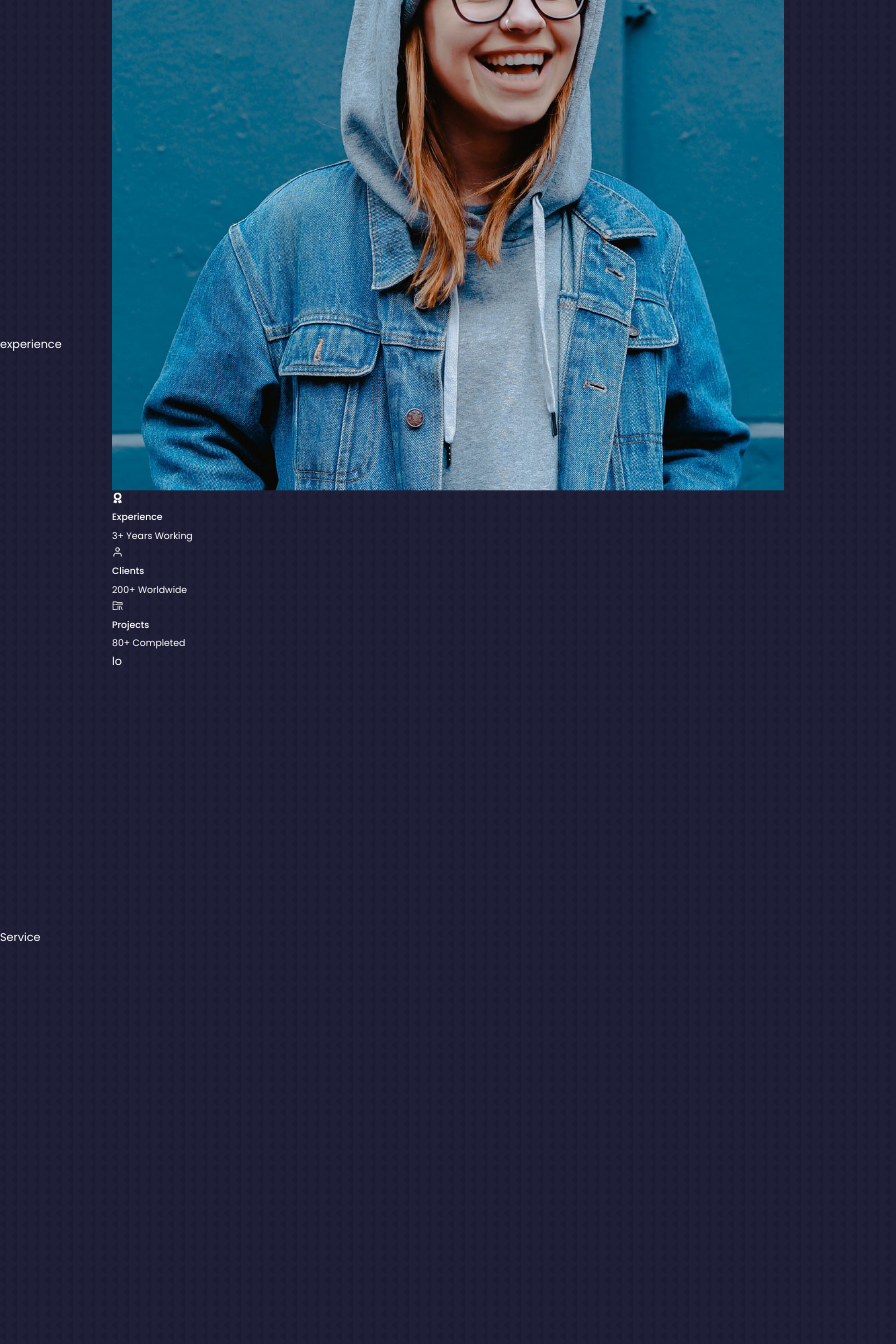
Repository: YuriSarmanho/Portifolio-
Page: / (app in portifolio/)
An editor plug-in stored every save of this project. The page is shown before and after a run of saves, followed by the edit.
The browser window is 1280 px wide. The pictures show the part of the page from y = 1218 to 3138 px (the page is 5835 px tall), at 70% of full size.
The project was rebuilt for these pictures with package versions that can differ from the ones it lists, and the page was loaded fresh each time. Also part of the build but not shown: portifolio/src/Components/About/About.css, portifolio/src/Components/Contact/Contact.css, portifolio/src/Components/Testimonials/Testimonials.css. Imported but missing from the stored project, and not drawn on this page: portifolio/src/assets/cv.pdf.

Above is the page before, as saved 2022-05-13 12:02:04.

### portifolio/public/index.html
<!DOCTYPE html>
<html lang="pt-br">
<head>
    <meta charset="UTF-8">
    <meta http-equiv="X-UA-Compatible" content="IE=edge">
    <meta name="viewport" content="width=device-width, initial-scale=1.0">
    <title>Yuri Sarmanho Monteiro</title>
</head>
<body>
    <div id="root"></div>
</body>
</html>

### portifolio/src/index.js
import ReactDOM from 'react-dom'
import App from './App'

ReactDOM.render(<App/>, document.querySelector("#root"))

### portifolio/src/App.jsx
import React from "react";
import './index.css'

import Header from "./Components/Header/Header";
import About from "./Components/About/About";
import Contact from "./Components/Contact/Contact";
import Experience from "./Components/Experience/Experience";
import Footer from "./Components/Footer/Footer";
import Nav from "./Components/Nav/Nav";
import Testimonials from "./Components/Testimonials/Testimonials";
import Service from "./Components/Service/Service";
import Portifolio from "./Components/Portifolio/Portifolio";



const App = () => {
  return (
    <>
      <Header />
      <Nav/>
      <About />
      <Experience/>
      <Service/>
      <Portifolio/>
      <Testimonials/>
      <Contact/>
      <Footer/>
    </>
  );
};

export default App;

### portifolio/src/index.css
@import url('https://fonts.googleapis.com/css2?family=Poppins:wght@300;400;500;600&display=swap');

* {
  margin: 0;
  padding: 0;
  border: 0;
  outline: 0;
  box-sizing: border-box;
  list-style: none;
  text-decoration: none;
}
:root {
  --color-bg: #1f1f38;
  --color-bg-variant: #2c2c6c;
  --color-primary: #4db5ff;
  --color-primary-variant: rgba(77, 181, 255, 0.4);
  --color-white: #fff;
  --color-light: rgba(255, 255, 255, 0.6);

  --transition: all 400ms ease;

  --container-width-lg: 75%;
  --container-width-md: 86%;
  --container-width-sm: 90%;
}
html {
  scroll-behavior: smooth;
}
::-webkit-scrollbar {
  display: none;
}

body {
  font-family: "Poppins", sans-serif;
  background-color: var(--color-bg);
  color: var(--color-white);
  line-height: 1.7;
  background-image: url(../src/assets/bg-texture.png);
}

.container {
  width: var(--container-width-lg);
  margin: 0 auto;
}

h1,
h2,
h3,
h4,
h5 {
  font-weight: 500;
}
h1 {
  font-size: 2.5rem;
}
section {
  margin-top: 8rem;
  height: 100vh;
}
section > h2,
section > h5 {
  text-align: center;
  color: var(--color-ligth);
}

section > h2 {
  color: var(--color-primary);
  margin-bottom: 3rem;
}

.text-light {
  color: var(--color-light);
}
a {
  color: var(--color-primary);
  transition: var(--transition);
}
a:hover{
    color: var(--color-white);
}
.btn{
    width: max-content;
    display: inline-block;
    color: var(--color-primary);
    padding: 0.75rem 1.2rem;
    border-radius: 0.4rem;
    cursor: pointer;
    border: 1px solid var(--color-primary);
    transition: var(--transition);
}

.btn:hover{
    background-color: var(--color-white);
    color: var(--color-bg);
    border: transparent;
}

.btn-primary{
    background-color: var(--color-primary);
    color: var(--color-bg);
}

img{
  display: block;
  width: 100%;
  object-fit: cover;
}

/*MEDIUM DEVICE*/
@media screen and (max-width:1024px){
    .container{
        width: var(--container-width-md);
    }
    section{
        margin-top: 6rem;
    }
}

/*SMALL DEVICE*/
@media screen and (max-width:600px){
    .container{
        width: var(--container-width-sm);
    }
    section > h2{
        margin-bottom: 2rem;
    }
}

### portifolio/src/Components/Header/Header.jsx
import React from 'react'
import CTA from './CTA'
import ME from '../../assets/me.png'
import HeaderSocials from './HeaderSocials'
import './Header.css'

const header = () => {
  return (
    <header>
      <div className="container header__container">
        <h5>Hello i'm</h5>
        <h1>Yuri Sarmanho Monteiro</h1>
        <h5 className="text-light">Frontend Developer</h5>
        <CTA />
        <HeaderSocials/>
        <div className="me">
          <img src={ME} alt="foto de perfil" />
        </div>
      </div>
    </header>
  )
}

export default header

### portifolio/src/Components/About/About.jsx
import React from "react";
import ME from "../../assets/me-about.jpg";
import { FaAward } from "react-icons/fa";
import { FiUser } from "react-icons/fi";
import { VscFolderLibrary } from "react-icons/vsc";
import "./About.css";

const About = () => {
  return (
    //refactor
    <section id="about">
      <h5>Get know</h5>
      <h2>About Me</h2>

      <div className="container about__container">
        <div className="about__me">
          <div className="about__me-image">
            <img src={ME} alt="minha foto" />
          </div>
        </div>

        <div className="about__content">
          <div className="about__cards">
            <article className="about__card">
              <FaAward className="about__icon" />
              <h5>Experience</h5>
              <small>3+ Years Working</small>
            </article>

            <article className="about__card">
              <FiUser className="about__icon" />
              <h5>Clients</h5>
              <small>200+ Worldwide</small>
            </article>

            <article className="about__card">
              <VscFolderLibrary className="about__icon" />
              <h5>Projects</h5>
              <small>80+ Completed</small>
            </article>
            <p>lo</p>
          </div>
        </div>
      </div>
    </section>
  );
};

export default About;

### portifolio/src/Components/Contact/Contact.jsx
import React from 'react'
import './Contact.css'
const Contact = () => {
  return (
    <section id='contact'>Contact</section>
  )
}

export default Contact

### portifolio/src/Components/Experience/Experience.jsx
import React from 'react'

const experience = () => {
  return (
    <section id='experience'>experience</section>
  )
}

export default experience

### portifolio/src/Components/Nav/Nav.jsx
import React, { useState } from "react";
import { AiOutlineHome } from "react-icons/ai";
import { AiOutlineUser } from "react-icons/ai";
import { BiBookAlt } from "react-icons/bi";
import { RiServiceLine } from "react-icons/ri";
import { BiMessageSquareDetail } from "react-icons/bi";
import "./Nav.css";

const Nav = () => {
  const [activeNav, setActiveNav] = useState("#");
  //Refatorar essa parte dps que acabar o projeto
  return (
    <nav>
      <a
        href="#"
        onClick={() => setActiveNav("#")}
        className={activeNav === "#" ? "active" : ""}
      >
        <AiOutlineHome />
      </a>
      <a
        href="#about"
        onClick={() => setActiveNav("#about")}
        className={activeNav === "#about" ? "active" : ""}
      >
        <AiOutlineUser />
      </a>
      <a
        href="#experience"
        onClick={() => setActiveNav("#experience")}
        className={activeNav === "#experience" ? "active" : ""}
      >
        <BiBookAlt />
      </a>
      <a
        href="#service"
        onClick={() => setActiveNav("#service")}
        className={activeNav === "#service" ? "active" : ""}
      >
        <RiServiceLine />
      </a>
      <a
        href="#contact"
        onClick={() => setActiveNav("#contact")}
        className={activeNav === "#contact" ? "active" : ""}
      >
        <BiMessageSquareDetail />
      </a>
    </nav>
  );
};

export default Nav;

### portifolio/src/Components/Testimonials/Testimonials.jsx
import React from 'react'
import './Testimonials.css'
const Testimonials = () => {
  return (
    <section id='testimonials'>Testimonials</section>
  )
}

export default Testimonials

### portifolio/src/Components/Service/Service.jsx
import React from 'react'

const Service = () => {
  return (
    <section id='service'>Service</section>
  )
}

export default Service

### portifolio/src/Components/Portifolio/Portifolio.jsx
import React from 'react'
import './Portifolio.css'
const Portifolio = () => {
  return (
    <section>Portifolio</section>
  )
}

export default Portifolio

### portifolio/src/Components/Header/CTA.jsx
import React from 'react'
import CV from '../../assets/cv.pdf'
const CTA = () => {
  return (
    <div className="cta">
        <a href={CV} download className='btn'>Download CV</a>
        <a href='#contact' className='btn btn-primary'>Lest's Talk</a>
    </div>
  )
}

export default CTA

### portifolio/src/Components/Header/HeaderSocials.jsx
import React from 'react'
import {BsLinkedin} from 'react-icons/bs'
import {FaGithub} from 'react-icons/fa'
import {FaDribbble} from 'react-icons/fa'
import './Header.css'

const HeaderSocials  = () => {
  return (
      <div className="header__socials">
          <a href="http://linkedin.com" target="_blank"><BsLinkedin/></a>
          <a href="http://github.com" target="_blank"><FaGithub/></a>
          <a href="http://dribbble.com" target="_blank"><FaDribbble/></a>
      </div>
  )
}

export default HeaderSocials

### portifolio/src/Components/Header/Header.css
header {
  height: 100vh;
  padding-top: 7rem;
  overflow: hidden;
}

.header__container {
  text-align: center;
  height: 100%;
  position: relative;
}

.cta {
  margin-top: 2.5rem;
  display: flex;
  gap: 1.2rem;
  justify-content: center;
}
.header__socials {
  display: flex;
  flex-direction: column;
  align-items: center;
  gap: 0.8rem;
  position: absolute;
  left: 0;
  bottom: 3rem;
}

.header__socials::after {
  content: "";
  width: 1px;
  height: 2rem;
  background-color: var(--color-primary);
}

.me {
  background: linear-gradient(var(--color-primary), transparent);
  width: 22rem;
  height: 30rem;
  position: absolute;
  left: calc(50% - 11rem);
  margin-top: 4rem;
  border-radius: 12rem 12rem 0 0;
  overflow: hidden;
  padding: 5rem 1.5rem 1.5rem 1.5rem;
}

.scroll__down {
  position: absolute;
  right: -2.3rem;
  bottom: 5rem;
  transform: rotate(90deg);
  font-weight: 300;
  font-size: 0.9rem;
}

/*MEDIUM DEVICE*/
@media screen and (max-width: 1024px) {
  header {
    height: 68vh;
  }
}

/*SMALL DEVICE*/
@media screen and (max-width: 600px) {
  header {
    height: 100vh;
  }
  .header__socials,
  .scroll__down {
    display: none;
  }
}

### portifolio/src/Components/Nav/Nav.css
nav {
  background-color: rgba(0, 0, 0, 0.1);
  width: max-content;
  display: block;
  padding: 0.7rem 1.7rem;
  z-index: 2;
  position: fixed;
  left: 50%;
  transform: translate(-50%);
  bottom: 2rem;
  display: flex;
  gap: 0.8rem;
  border-radius: 3rem;
  backdrop-filter: blur(15px);
}

nav a {
  background: transparent;
  padding: 0.9rem;
  border-radius: 50%;
  display: flex;
  color: var(--color-light);
  font-size: 1.1rem;
}

nav a:hover {
  background-color: rgba(0, 0, 0, 0.3);
}

nav a.active {
  background: var(--color-bg);
  color: var(--color-white);
}

Loaded but not shown: portifolio/src/Components/Footer/Footer.jsx (common file); portifolio/src/Components/Portifolio/Portifolio.css (no stored copy; drawn as an empty file)

After the next 2 saves:
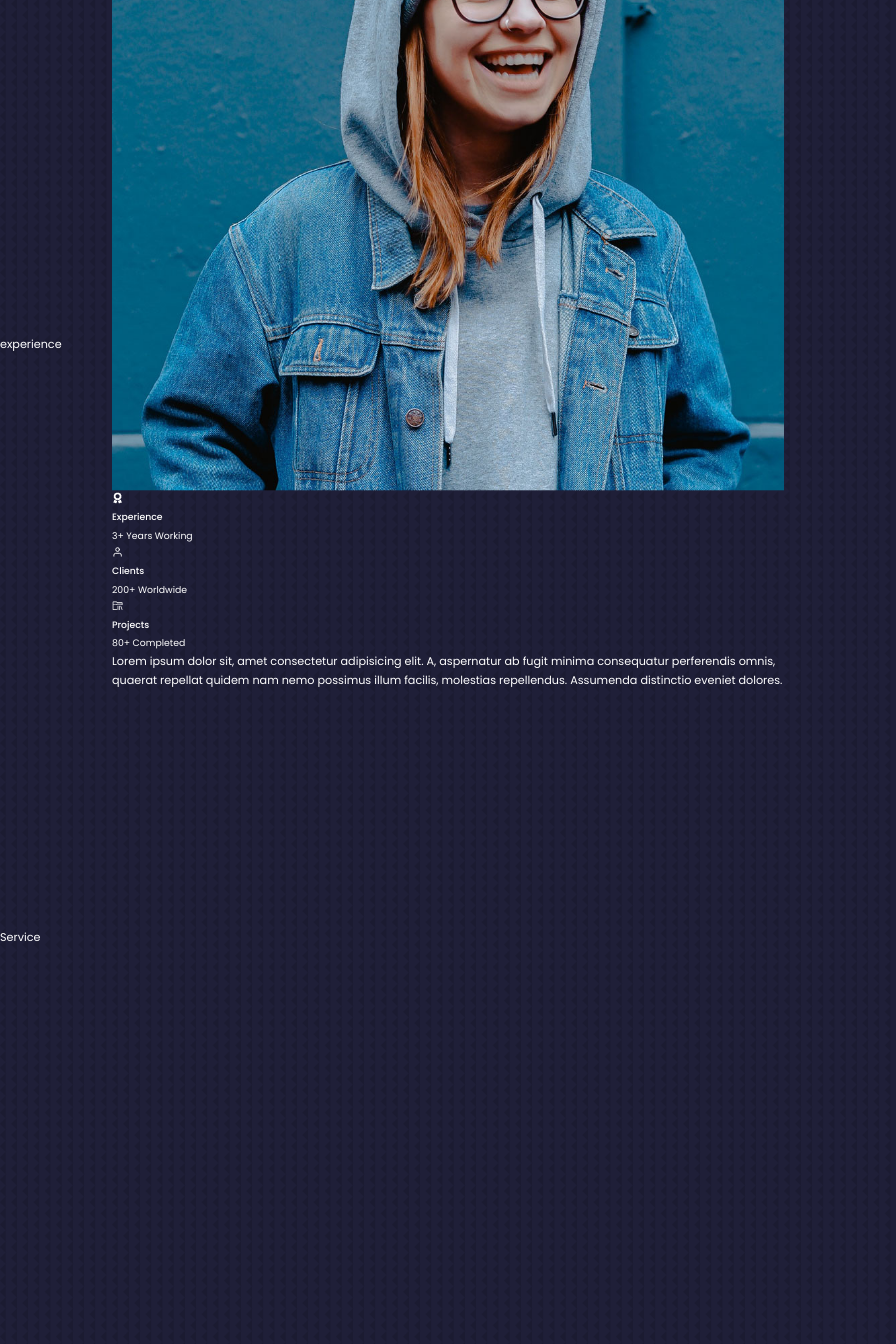
The 2 saves are shown as one change because they came seconds apart.
The last was saved 7 s later.
--- a/portifolio/src/Components/About/About.jsx
+++ b/portifolio/src/Components/About/About.jsx
@@ -38,7 +38,12 @@
               <h5>Projects</h5>
               <small>80+ Completed</small>
             </article>
-            <p>lo</p>
+            <p>
+              Lorem ipsum dolor sit, amet consectetur adipisicing elit. A,
+              aspernatur ab fugit minima consequatur perferendis omnis, quaerat
+              repellat quidem nam nemo possimus illum facilis, molestias
+              repellendus. Assumenda distinctio eveniet dolores.
+            </p>
           </div>
         </div>
       </div>
